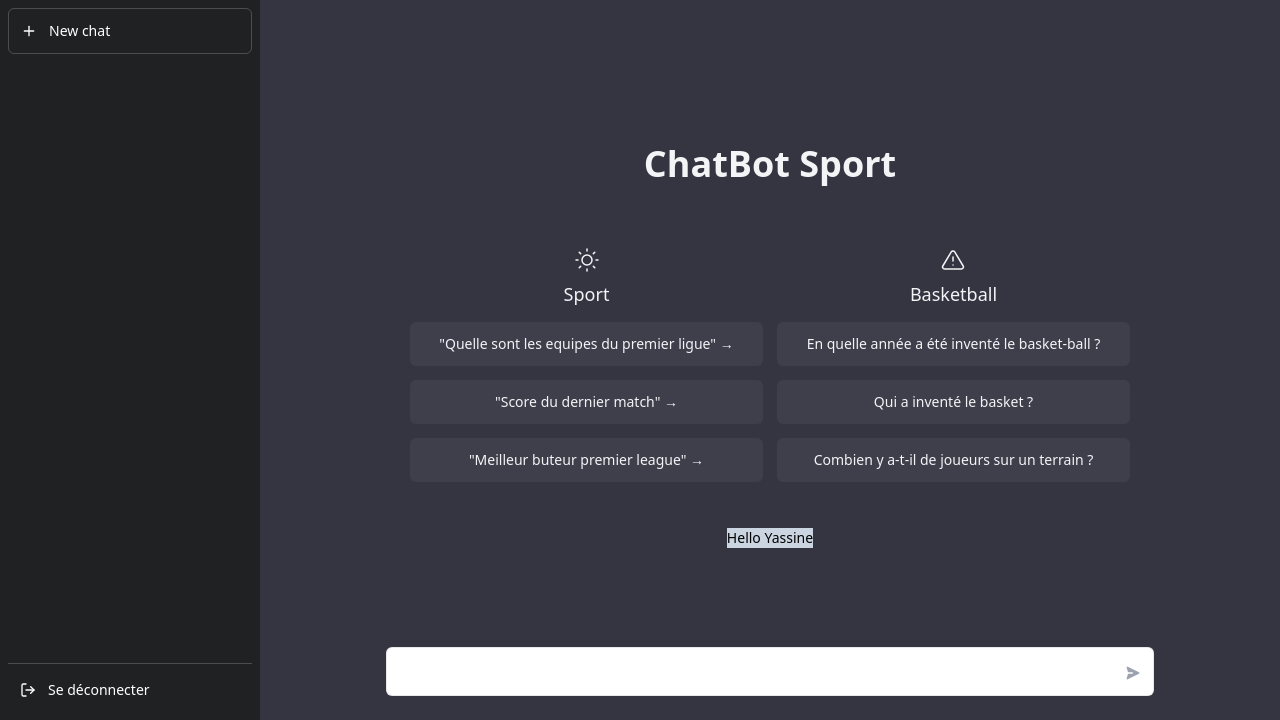
Repository: HaithemBenSlama/chatbot-front
Page: /, after clicking the first element matching `button.sc-gsFSXq`
An editor plug-in stored every save of this project. The page is shown before and after the next save, followed by the edit.
The browser window is 1280 px wide. The pictures show the whole page.
The project was rebuilt for these pictures with package versions that can differ from the ones it lists, and the page was loaded fresh each time. Also part of the build but not shown: src/constants/svg/lightningChargeIcon.js, src/constants/svg/externalLinkIcon.js, src/constants/svg/discordIcon.js, src/constants/svg/menuIcon.js, src/Components/Login/form-input.css.

Above is the page before, as saved 2023-05-01 22:03:26.

### src/App.js
import React from 'react'
import { LeftSection, RightSection } from './Components/main'
import { useState } from "react"
import Login from './Components/Login/Login';

const App = () => {
  const [isLoggedIn, setIsLoggedIn] = useState(false);
  return (
    <div>
      {isLoggedIn ? (
        <>
        <LeftSection setIsLoggedIn={setIsLoggedIn}/>
        <RightSection/>
        </>
      ) : (
        <Login setIsLoggedIn={setIsLoggedIn}/>
      )}
    </div>
  )
      }
export default App

### src/Components/main/index.js
import LeftSection from "./LeftSection";
import RightSection from "./RightSection";
import Footer from "./Footer";

export {RightSection, LeftSection, Footer}

### src/Components/Login/Login.jsx
import React from "react";
import "./login.css";
import * as Components from './Components';
import   { useState } from 'react';
import { useCookies } from "react-cookie";
import FormInput from "./FormInput";

const Login = ({setIsLoggedIn}) => {
    const [token,setToken]=useCookies(["user-token"]);
    const [signIn, toggle] = React.useState(true);
    const [data, setData] = useState();

    const [values, setValues] = useState({
        username: "",
        password: "",
    });
    const onChange = (e) => {
            setValues({ ...values, [e.target.name]: e.target.value });
    };

    const [valuesCreate, setValuesCreate] = useState({
        username: "",
        city: "",
        email: "",
        password: "",
    });
    const onChangeCreate = (e) => {
        setValuesCreate({ ...valuesCreate, [e.target.name]: e.target.value });
    };
    const handleSubmit = (e) => {
        e.preventDefault();
    };

    const inputs = [
        {
        id: 1,
        name: "username",
        type: "text",
        placeholder: "Username",
        errorMessage:
            "Username should be 3-16 characters and shouldn't include any special character!",
        label: "Username",
        pattern: "^[A-Za-z0-9]{3,16}$",
        required: true,
        },
        {
        id: 2,
        name: "password",
        type: "password",
        placeholder: "Password",
        errorMessage:
            "Password should be 8-20 characters and include at least 1 letter and 1 number!",
        label: "Password",
        pattern: `^(?=.*[0-9])(?=.*[a-zA-Z])[a-zA-Z0-9!@#$%^&*]{8,20}$`,
        required: true,
        },
    ];

    const inputsCreate = [
        {
        id: 1,
        name: "username",
        type: "text",
        placeholder: "Username",
        errorMessage:
            "Username should be 3-16 characters and shouldn't include any special character!",
        label: "Username",
        pattern: "^[A-Za-z0-9]{3,16}$",
        required: true,
        },
        {
            id: 2,
            name: "city",
            type: "text",
            placeholder: "City",
            errorMessage:
                "City name should be 3-16 characters and shouldn't include any special character!",
            label: "City",
            pattern: "^[A-Za-z]{3,16}$",
            required: true,
            },
        {
        id: 3,
        name: "email",
        type: "email",
        placeholder: "Email",
        errorMessage: "It should be a valid email address!",
        label: "Email",
        required: true,
        },
        {
        id: 4,
        name: "password",
        type: "password",
        placeholder: "Password",
        errorMessage:
            "Password should be 8-20 characters and include at least 1 letter and 1 number!",
        label: "Password",
        pattern: `^(?=.*[0-9])(?=.*[a-zA-Z])[a-zA-Z0-9!@#$%^&*]{8,20}$`,
        required: true,
        },
    ];

    const submitLog = async (e) => {
        e.preventDefault()
        const user = {
            username: values.username,
            password: values.password
        };
        const response=await fetch('http://127.0.0.1:8000/user/verif_user_login/', {
            method: 'POST',
            headers: {
                'accept': '*/*',
                'Content-Type':'multipart/form-data; boundary=--------------------------499310528544182401120976',
            },
            body:JSON.stringify(user)
        })
        const responseJson=await response.json();
        setToken("user-token",responseJson.usertoken);
    };

    const submitCreate = async (e) => {

        e.preventDefault()
        const user = {
            username: valuesCreate.username,
            city: valuesCreate.city,
            email: valuesCreate.email,
            password: valuesCreate.password
        };
        const response=await fetch('http://127.0.0.1:8000/user/verif_user/', {
            method: 'POST',
            headers: {
                'accept': '*/*',
                'Content-Type':'multipart/form-data; boundary=--------------------------499310528544182401120976',
            },
            body:JSON.stringify(user)
        })
        const responseJson=await response.json();
        setToken("user-token",responseJson.usertoken);
    };


        return(
            <div className="comp_body"><h1 className="logTitle">ChatBot</h1>
                <Components.Container>
                    <Components.SignUpContainer signinIn={signIn}>
                        <Components.Form  onSubmit={handleSubmit} >
                            <Components.Title>Create Account</Components.Title>
                            {inputsCreate.map((input) => (
                                <FormInput
                                    key={input.id}
                                    {...input}
                                    value={valuesCreate[input.name]}
                                    onChange={onChangeCreate}
                                />
                                ))}
                            <Components.Button onClick={submitCreate}>Sign Up</Components.Button>
                        </Components.Form>
                    </Components.SignUpContainer>

                    <Components.SignInContainer signinIn={signIn}>
                        <Components.Form >
                            <Components.Title>Log in</Components.Title>
                            {inputs.map((input) => (
                                <FormInput
                                    key={input.id}
                                    {...input}
                                    value={values[input.name]}
                                    onChange={onChange}
                                />
                                ))}
                            <Components.Anchor href='#'>Forgot your password?</Components.Anchor>
                            <Components.Button onClick={()=>{setIsLoggedIn(true)}} >Sign In</Components.Button>
                        </Components.Form>
                    </Components.SignInContainer>

                    <Components.OverlayContainer signinIn={signIn}>
                    <Components.Overlay signinIn={signIn}>

                    <Components.LeftOverlayPanel signinIn={signIn}>
                        <Components.Title>Welcome Back!</Components.Title>
                        <Components.Paragraph>
                            To keep connected with us please login with your personal info
                        </Components.Paragraph>
                        <Components.GhostButton onClick={() => toggle(true)}>
                            Sign In
                        </Components.GhostButton>
                        </Components.LeftOverlayPanel>

                        <Components.RightOverlayPanel signinIn={signIn}>
                            <Components.Title>Hello, Friend!</Components.Title>
                            <Components.Paragraph>
                                Enter Your personal details and start journey with us
                            </Components.Paragraph>
                                <Components.GhostButton onClick={() => toggle(false)}>
                                    Sigin Up
                                </Components.GhostButton>
                        </Components.RightOverlayPanel>

                    </Components.Overlay>
                </Components.OverlayContainer>

            </Components.Container>
        </div>
        )
}

export default Login;

### src/Components/main/LeftSection/index.js
import React from "react";
import { LogOutIcon,PlusIcon,} from "../../../constants";

const LeftSection = ({ show = false }) => {
  return (
    <div
      className={`${show && " flex flex-col"} ${
        !show && "hidden"
      } bg-black md:fixed md:inset-y-0 md:flex md:w-[260px] md:flex-col`}
    >
      <div className="flex h-full min-h-0 flex-col ">
        <div className="scrollbar-trigger flex h-full w-full flex-1 items-start border-white/20">
          <nav className="flex h-full flex-1 flex-col space-y-1 p-2">
            <a className="flex py-3 px-3 items-center gap-3 rounded-md hover:bg-gray-500/10 transition-colors duration-200 text-white cursor-pointer text-sm mb-2 flex-shrink-0 border border-white/20">
              <PlusIcon />
              New chat
            </a>
            <div className="flex-col flex-1 overflow-y-auto border-b border-white/20">
              <div className="flex flex-col gap-2 text-gray-100 text-sm">
                {/*  */}
              </div>
            </div>
              <a
                className="flex py-3 px-3 items-center gap-3 rounded-md hover:bg-gray-500/10 transition-colors duration-200 text-white cursor-pointer text-sm"
                href="/Login"
              >
                <LogOutIcon/>
                Se déconnecter
              </a>
          </nav>
        </div>
      </div>
    </div>
  );
};

export default LeftSection;

### src/Components/main/RightSection/index.js
import { CautionIcon, LightningChargeIcon, SunIcon } from "../../../constants";
import Footer from "../Footer";

const RightSection = () => {
  return (
    <div className="flex h-full flex-1 flex-col md:pl-[260px]">
      <main className="relative h-full w-full transition-width flex flex-col overflow-hidden items-stretch flex-1">
        <div className="flex-1 overflow-hidden">
          <div className="flex flex-col items-center text-sm h-full md:h-screen bg-lightBlack">
            <div className="text-gray-800 w-full md:max-w-2xl lg:max-w-3xl md:h-full md:flex md:flex-col px-6">
              <h1 className="text-4xl text-gray-100 font-semibold text-center mt-6 sm:mt-[20vh] ml-auto mr-auto mb-10 sm:mb-16">
                ChatBot Sport
              </h1>
              <div className="md:flex items-start text-center gap-3.5">
                {[
                  {
                    icon: <SunIcon />,
                    title: "Sport",
                    subTitle: [
                      `"Quelle sont les equipes du premier ligue" →`,
                      `"Score du dernier match" →`,
                      `"Meilleur buteur premier league" →`,
                    ],
                    hover: true,
                  },
                  {
                    icon: <CautionIcon />,
                    title: "Basketball",
                    subTitle: [
                      `En quelle année a été inventé le basket-ball ?`,
                      `Qui a inventé le basket ?`,
                      `Combien y a-t-il de joueurs sur un terrain ?`,
                    ],
                    hover: false,
                  },
                ].map((item, index) => (
                  <div
                    className="flex flex-col mb-8 md:mb-auto gap-3.5 flex-1"
                    key={index}
                  >
                    <h2 className="flex gap-3 text-gray-100 items-center m-auto text-lg font-normal md:flex-col md:gap-2">
                      {item.icon}
                      {item.title}
                    </h2>
                    <ul className="flex flex-col gap-3.5 w-full sm:max-w-md m-auto">
                      {item.subTitle.map((subTitle, subTitleIndex) => (
                        <button
                          className={`w-full bg-gray-50 text-gray-100 bg-white/5 p-3 rounded-md ${
                            item.hover
                              ? "hover:bg-gray-200 dark:hover:bg-gray-900 cursor-pointer"
                              : "cursor-text"
                          }`}
                          key={subTitleIndex}
                        >
                          {subTitle}
                        </button>
                      ))}
                    </ul>
                  </div>
                ))}
              </div>
            </div>
            <div className="mx-20 w-fit h-48 flex-shrink-0">
              <p className="bg-slate-300">Hello Yassine</p>
            </div>
          </div>
        </div>
        <Footer />
      </main>
    </div>
  );
};

export default RightSection;

### src/Components/main/Footer/index.js
import React from "react";
import { PlaneIcon, UserIcon } from "../../../constants";

const Footer = () => {
  return (
    <div className="absolute bottom-0 left-0 w-full border-t md:border-t-0 dark:border-white/20 md:border-transparent md:dark:border-transparent md:bg-vert-light-gradient bg-gray-800 md:!bg-transparent">
      <form className="mx-2 flex flex-row gap-3 pt-2 last:mb-2 md:last:mb-6 lg:mx-auto lg:max-w-3xl lg:pt-6">
        <div className="relative flex h-full flex-1 md:flex-col">
          <div className="ml-1 mt-1.5 md:w-full md:m-auto md:flex md:mb-2 gap-2 justify-center">
            <div className="text-gray-100 p-1 md:hidden">
              <UserIcon />
            </div>
          </div>
          {/* Input */}
          <div className="flex flex-col w-full py-2 pl-3 flex-grow md:py-3 md:pl-4 relative border border-black/10 bg-white dark:border-gray-900/50 dark:text-white rounded-md bg-[rgba(64,65,79,var(--tw-bg-opacity))]">
            <textarea
              tabIndex="0"
              data-id="root"
              rows="1"
              className="m-0 w-full resize-none border-0 bg-transparent p-0 pr-7 focus:ring-0 focus-visible:ring-0 dark:bg-transparent outline-none overflow-y-hidden h-[23px]"
            ></textarea>
            <button className="absolute p-1 rounded-md text-gray-400 bottom-1.5 right-1 md:bottom-2.5 md:right-2 hover:bg-black">
              <PlaneIcon />
            </button>
          </div>
        </div>
      </form>
    </div>
  );
};

export default Footer;

### src/Components/Login/login.css
* {
    box-sizing: border-box;
}

.comp_body {
    background: #f6f5f7;
    display: flex;
    justify-content: center;
    align-items: center;
    flex-direction: column;
    font-family: "Montserrat", sans-serif;
    height: 100vh;
    margin: -20px 0 50px;
}
.logTitle {
    font-size: 3rem;
    font-weight: 600;
    text-align: center;
    margin-bottom: 2rem;
    color: #038c7a;
    text-shadow: 2px 2px 0px #f2f2f2, -2px -2px 0px #f2f2f2, 2px -2px 0px #f2f2f2, -2px 2px 0px #f2f2f2;
    text-transform: uppercase;
    letter-spacing: 3px;
    line-height: 1;
    position: relative;
}
.logTitle:before{
    content: "";
    width: 100%;
    height: 1px;
    position: absolute;
    bottom: -0.5rem;
    left: 0;
    background-color: #5c5c5c;
}

### src/Components/Login/Components.js
import styled from 'styled-components';

export const Container = styled.div`
background-color: #fff;
border-radius: 10px;
box-shadow: 0 14px 28px rgba(0, 0, 0, 0.25), 0 10px 10px rgba(0, 0, 0, 0.22);
position: relative;
overflow: hidden;
width: 678px;
max-width: 100%;
min-height: 450px;
`;

export const SignUpContainer = styled.div`
position: absolute;
top: 0;
height: 100%;
transition: all 0.6s ease-in-out;
left: 0;
width: 50%;
opacity: 0;
z-index: 1;
${props => props.signinIn !== true ? `
    transform: translateX(100%);
    opacity: 1;
    z-index: 5;
`
: null}
`;


export const SignInContainer = styled.div`
position: absolute;
top: 0;
height: 100%;
transition: all 0.6s ease-in-out;
left: 0;
width: 50%;
z-index: 2;
${props => (props.signinIn !== true ? `transform: translateX(100%);` : null)}
`;

export const Form = styled.div`
background-color: #ffffff;
display: flex;
align-items: center;
justify-content: center;
flex-direction: column;
padding: 0 50px;
height: 100%;
text-align: center;
`;

export const Title = styled.h1`
font-weight: bold;
margin-bottom: 15px;
`;

export const Input = styled.input`
background-color: #eee;
border: none;
padding: 12px 15px;
margin: 8px 0;
width: 100%;
`;


export const Button = styled.button`
    border-radius: 20px;
    border: 1px solid #1775d2;
    background-color: #1775d2;
    color: #ffffff;
    font-size: 12px;
    font-weight: bold;
    padding: 12px 45px;
    letter-spacing: 1px;
    text-transform: uppercase;
    transition: transform 80ms ease-in;
    &:active{
        transform: scale(0.95);
    }
    &:focus {
        outline: none;
    }
`;
export const GhostButton = styled(Button)`
background-color: transparent;
border-color: #ffffff;
`;

export const Anchor = styled.a`
color: #333;
font-size: 14px;
text-decoration: none;
margin: 15px 0;
`;
export const OverlayContainer = styled.div`
position: absolute;
top: 0;
left: 50%;
width: 50%;
height: 100%;
overflow: hidden;
transition: transform 0.6s ease-in-out;
z-index: 100;
${props =>
props.signinIn !== true ? `transform: translateX(-100%);` : null}
`;

export const Overlay = styled.div`
background: #1775d2;
background: -webkit-linear-gradient(to right, #1775d2, #25b579);
background: linear-gradient(to right, #1775d2,#1775d2);
background-repeat: no-repeat;
background-size: cover;
background-position: 0 0;
color: #ffffff;
position: relative;
left: -100%;
height: 100%;
width: 200%;
transform: translateX(0);
transition: transform 0.6s ease-in-out;
${props => (props.signinIn !== true ? `transform: translateX(50%);` : null)}
`;

export const OverlayPanel = styled.div`
    position: absolute;
    display: flex;
    align-items: center;
    justify-content: center;
    flex-direction: column;
    padding: 0 40px;
    text-align: center;
    top: 0;
    height: 100%;
    width: 50%;
    transform: translateX(0);
    transition: transform 0.6s ease-in-out;
`;

export const LeftOverlayPanel = styled(OverlayPanel)`
transform: translateX(-20%);
${props => props.signinIn !== true ? `transform: translateX(0);` : null}
`;

export const RightOverlayPanel = styled(OverlayPanel)`
    right: 0;
    transform: translateX(0);
    ${props => props.signinIn !== true ? `transform: translateX(20%);` : null}
`;

export const Paragraph = styled.p`
font-size: 14px;
font-weight: 100;
line-height: 20px;
letter-spacing: 0.5px;
margin: 20px 0 30px
`;

### src/Components/Login/FormInput.jsx
import { useState } from "react";
import "./form-input.css";

const FormInput = (props) => {
const [focused, setFocused] = useState(false);
const { label, errorMessage, onChange, id, ...inputProps } = props;

const handleFocus = (e) => {
    setFocused(true);
};

return (
    <div className="formInput">
    <input className="inputAuth"
        {...inputProps}
        onChange={onChange}
        onBlur={handleFocus}
        onFocus={() =>
        inputProps.name === "confirmPassword" && setFocused(true)
        }
        focused={focused.toString()}
    />
    <span className="spanAuth">{errorMessage}</span>
    </div>
);
};

export default FormInput;

### src/constants/index.js
import SunIcon from "./svg/sunIcon";
import LightningChargeIcon from "./svg/lightningChargeIcon";
import CautionIcon from "./svg/cautionIcon";
import PlaneIcon from "./svg/planeIcon";
import PlusIcon from "./svg/plusIcon";
import ExternalLinkIcon from "./svg/externalLinkIcon";
import DiscordIcon from "./svg/discordIcon";
import LogOutIcon from "./svg/logOutIcon";
import MenuIcon from "./svg/menuIcon";
import UserIcon from "./svg/userIcon";

export {
  SunIcon,
  LightningChargeIcon,
  CautionIcon,
  PlaneIcon,
  PlusIcon,
  DiscordIcon,
  ExternalLinkIcon,
  LogOutIcon,
  MenuIcon,
  UserIcon,
};

### src/constants/svg/sunIcon.js
import React from "react";

const SunIcon = ({ className = "h-6 w-6", strokeWidth = "1.5" }) => {
  return (
    <svg
      stroke="currentColor"
      fill="none"
      strokeWidth={strokeWidth}
      viewBox="0 0 24 24"
      strokeLinecap="round"
      strokeLinejoin="round"
      className={className}
      height="1em"
      width="1em"
      xmlns="http://www.w3.org/2000/svg"
    >
      <circle cx="12" cy="12" r="5"></circle>
      <line x1="12" y1="1" x2="12" y2="3"></line>
      <line x1="12" y1="21" x2="12" y2="23"></line>
      <line x1="4.22" y1="4.22" x2="5.64" y2="5.64"></line>
      <line x1="18.36" y1="18.36" x2="19.78" y2="19.78"></line>
      <line x1="1" y1="12" x2="3" y2="12"></line>
      <line x1="21" y1="12" x2="23" y2="12"></line>
      <line x1="4.22" y1="19.78" x2="5.64" y2="18.36"></line>
      <line x1="18.36" y1="5.64" x2="19.78" y2="4.22"></line>
    </svg>
  );
};

export default SunIcon;

### src/constants/svg/cautionIcon.js
import React from "react";

const CautionIcon = () => {
  return (
    <svg
      stroke="currentColor"
      fill="none"
      strokeWidth="1.5"
      viewBox="0 0 24 24"
      strokeLinecap="round"
      strokeLinejoin="round"
      className="h-6 w-6"
      height="1em"
      width="1em"
      xmlns="http://www.w3.org/2000/svg"
    >
      <path d="M10.29 3.86L1.82 18a2 2 0 0 0 1.71 3h16.94a2 2 0 0 0 1.71-3L13.71 3.86a2 2 0 0 0-3.42 0z"></path>
      <line x1="12" y1="9" x2="12" y2="13"></line>
      <line x1="12" y1="17" x2="12.01" y2="17"></line>
    </svg>
  );
};

export default CautionIcon;

### src/constants/svg/planeIcon.js
import React from "react";

const PlaneIcon = () => {
  return (
    <svg
      stroke="currentColor"
      fill="currentColor"
      strokeWidth="0"
      viewBox="0 0 20 20"
      className="h-4 w-4 rotate-90"
      height="1em"
      width="1em"
      xmlns="http://www.w3.org/2000/svg"
    >
      <path d="M10.894 2.553a1 1 0 00-1.788 0l-7 14a1 1 0 001.169 1.409l5-1.429A1 1 0 009 15.571V11a1 1 0 112 0v4.571a1 1 0 00.725.962l5 1.428a1 1 0 001.17-1.408l-7-14z"></path>
    </svg>
  );
};

export default PlaneIcon;

### src/constants/svg/plusIcon.js
import React from "react";

const PlusIcon = ({ className = "h-4 w-4" }) => {
  return (
    <svg
      stroke="currentColor"
      fill="none"
      strokeWidth="2"
      viewBox="0 0 24 24"
      strokeLinecap="round"
      strokeLinejoin="round"
      className={className}
      height="1em"
      width="1em"
      xmlns="http://www.w3.org/2000/svg"
    >
      <line x1="12" y1="5" x2="12" y2="19"></line>
      <line x1="5" y1="12" x2="19" y2="12"></line>
    </svg>
  );
};

export default PlusIcon;

### src/constants/svg/logOutIcon.js
import React from "react";

const LogOutIcon = () => {
  return (
    <svg
      stroke="currentColor"
      fill="none"
      strokeWidth="2"
      viewBox="0 0 24 24"
      strokeLinecap="round"
      strokeLinejoin="round"
      className="h-4 w-4"
      height="1em"
      width="1em"
      xmlns="http://www.w3.org/2000/svg"
    >
      <path d="M9 21H5a2 2 0 0 1-2-2V5a2 2 0 0 1 2-2h4"></path>
      <polyline points="16 17 21 12 16 7"></polyline>
      <line x1="21" y1="12" x2="9" y2="12"></line>
    </svg>
  );
};

export default LogOutIcon;

### src/constants/svg/userIcon.js
import React from "react";

const UserIcon = () => {
  return (
    <svg
      xmlns="http://www.w3.org/2000/svg"
      fill="none"
      viewBox="0 0 24 24"
      strokeWidth={1.5}
      stroke="currentColor"
      className="w-6 h-6"
    >
      <path
        strokeLinecap="round"
        strokeLinejoin="round"
        d="M15.75 6a3.75 3.75 0 11-7.5 0 3.75 3.75 0 017.5 0zM4.501 20.118a7.5 7.5 0 0114.998 0A17.933 17.933 0 0112 21.75c-2.676 0-5.216-.584-7.499-1.632z"
      />
    </svg>
  );
};

export default UserIcon;

### tailwind.config.js
/** @type {import('tailwindcss').Config} */
module.exports = {
  content: ["./src/**/*.{js,jsx,ts,tsx}"],
  theme: {
    extend: {
      colors: {
        black: "#202123",
        lightBlack: "#343541",
      },
    },
  },
  plugins: [],
};

Loaded but not shown: public/index.html (common file); src/index.js (common file); src/index.css (common file)

After the next save:
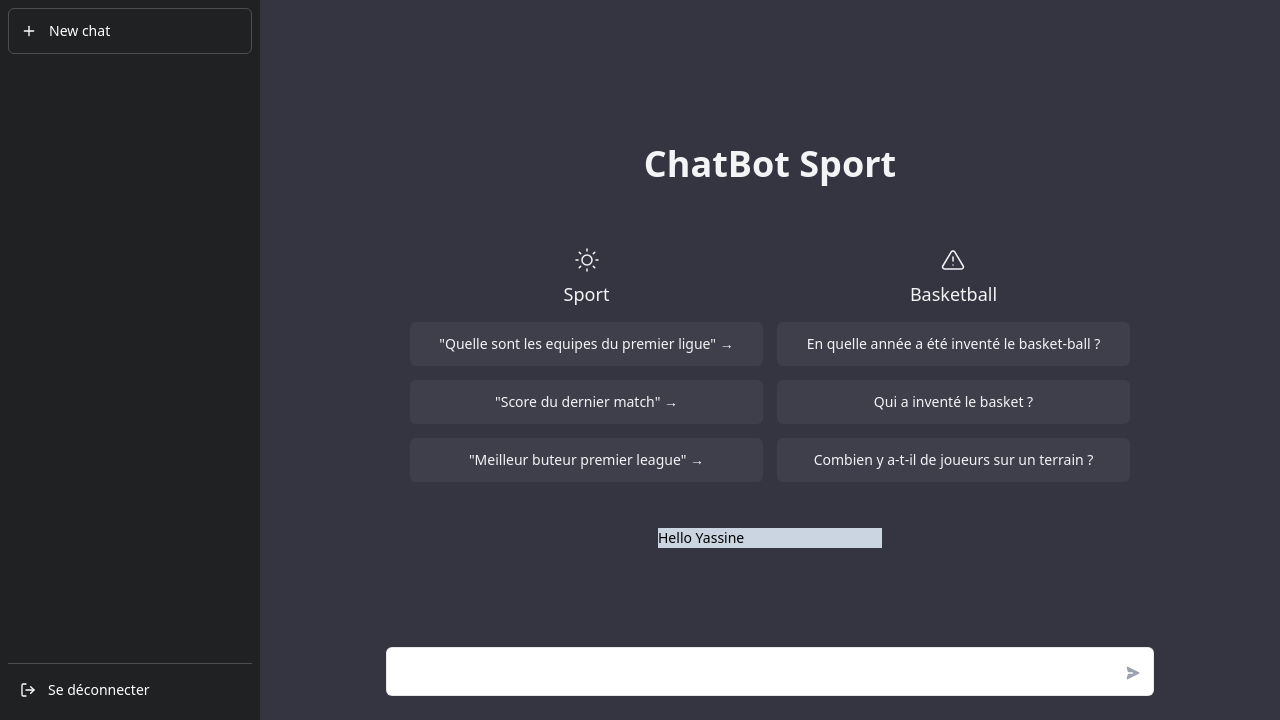
Saved 14 s later.
--- a/src/Components/main/RightSection/index.js
+++ b/src/Components/main/RightSection/index.js
@@ -60,7 +60,7 @@ const RightSection = () => {
                 ))}
               </div>
             </div>
-            <div className="mx-20 w-fit h-48 flex-shrink-0">
+            <div className="mx-20 w-56 h-48 flex-shrink-0">
               <p className="bg-slate-300">Hello Yassine</p>
             </div>
           </div>
